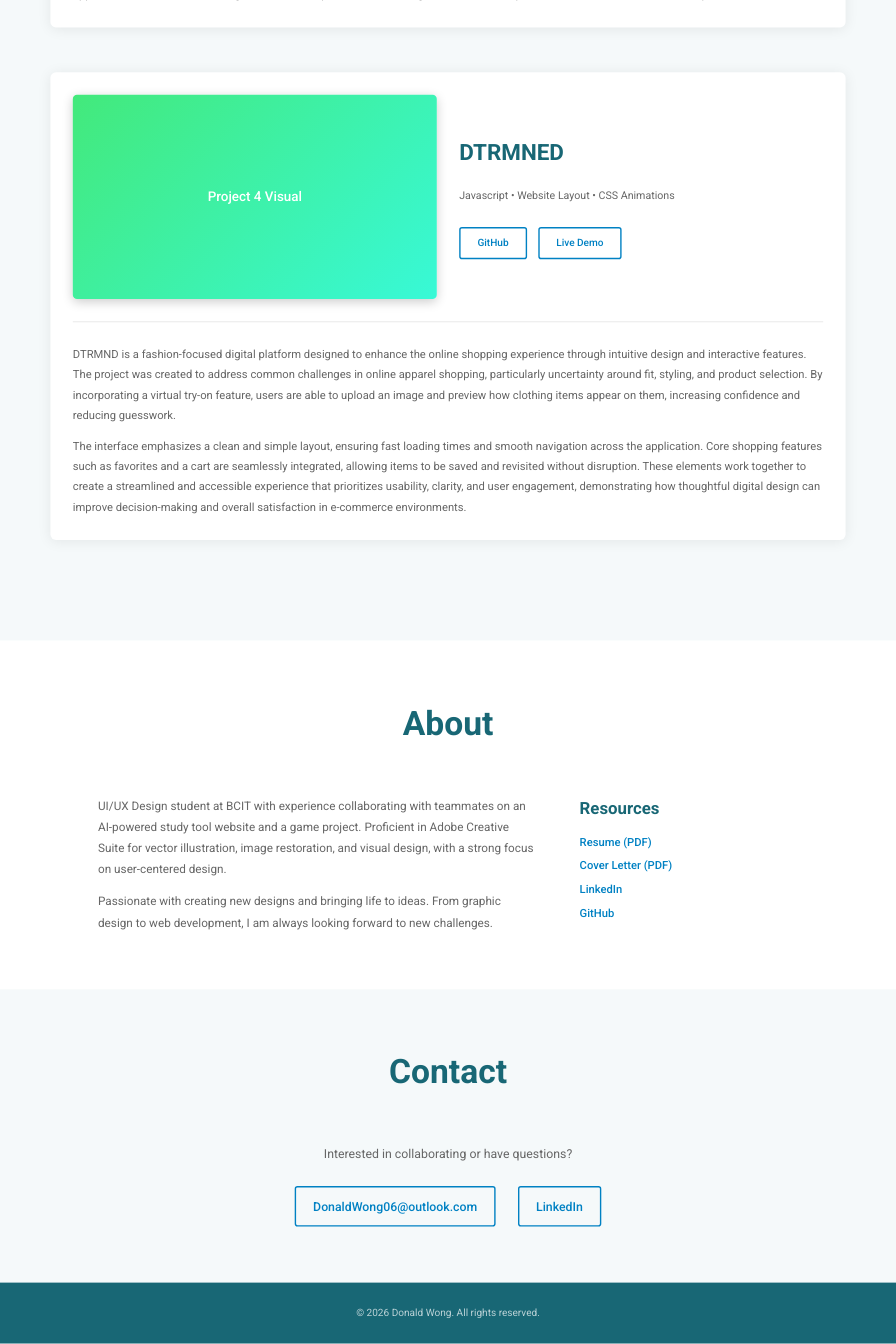
Repository: DonaldCWong/portfolio
Page: index.html
These files come from the project's save history. The page is drawn as it stood at one moment and after the next save; the edit follows.
The browser window is 1280 px wide. The pictures show the part of the page from y = 2975 to 4895 px (the page is 4895 px tall before and 4866 px after), at 70% of full size.

Above is the page before, as saved 2026-01-12 13:37:00.

After the next save:
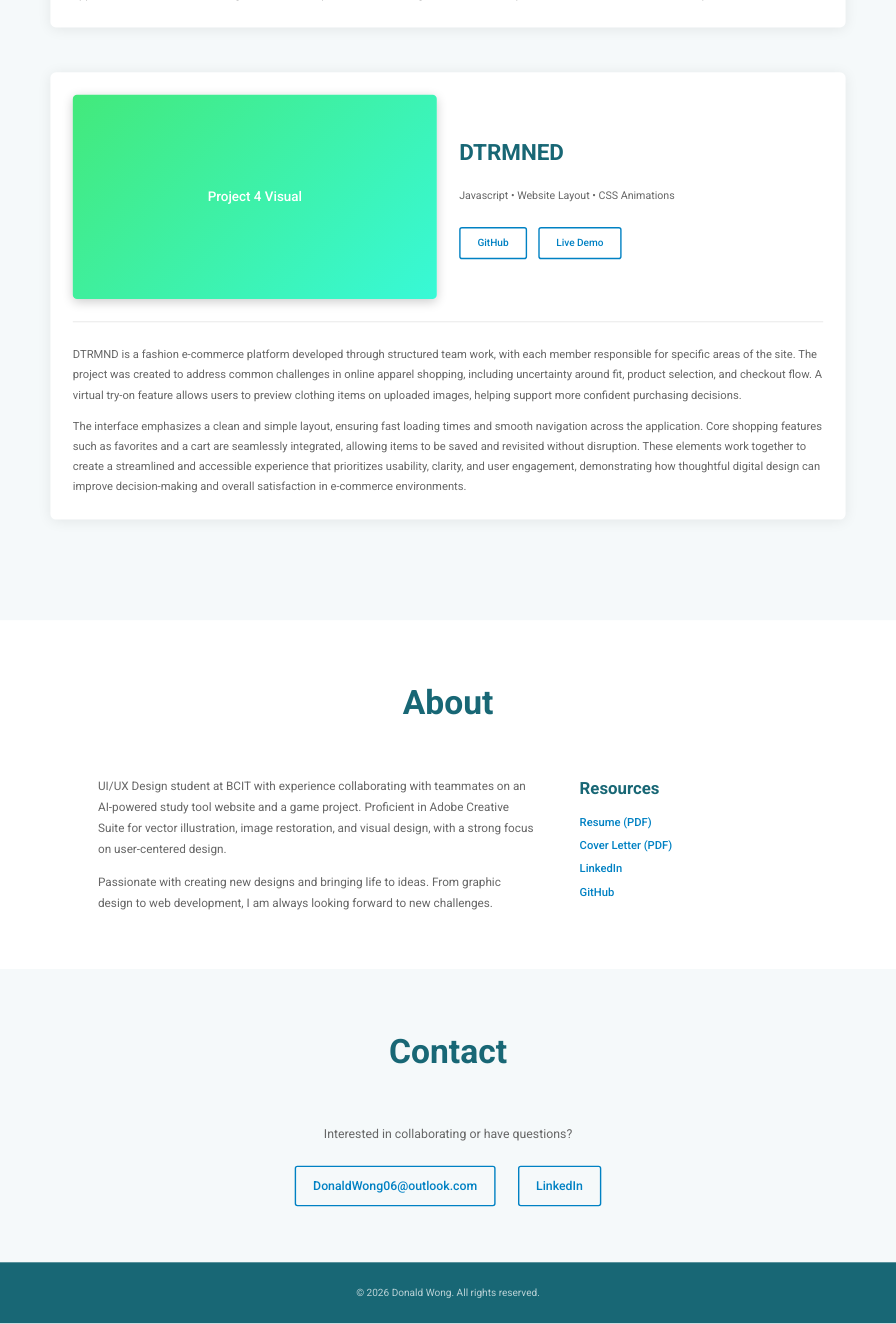
Saved 4 min 44 s later.
--- a/index.html
+++ b/index.html
@@ -135,8 +135,7 @@
                 </div>
                 <div class="project-rationale">
                     <p>
-                      DTRMND is a fashion-focused digital platform designed to enhance the online shopping experience through intuitive design and interactive features. The project was created to address common challenges in online apparel shopping, particularly uncertainty around fit, styling, and product selection. By incorporating a virtual try-on feature, users are able to upload an image and preview how clothing items appear on them, increasing confidence and reducing guesswork.
-                    </p>
+                      DTRMND is a fashion e-commerce platform developed through structured team work, with each member responsible for specific areas of the site. The project was created to address common challenges in online apparel shopping, including uncertainty around fit, product selection, and checkout flow. A virtual try-on feature allows users to preview clothing items on uploaded images, helping support more confident purchasing decisions.                    </p>
                     <p>
                       The interface emphasizes a clean and simple layout, ensuring fast loading times and smooth navigation across the application. Core shopping features such as favorites and a cart are seamlessly integrated, allowing items to be saved and revisited without disruption. These elements work together to create a streamlined and accessible experience that prioritizes usability, clarity, and user engagement, demonstrating how thoughtful digital design can improve decision-making and overall satisfaction in e-commerce environments.                    </p>
                 </div>
